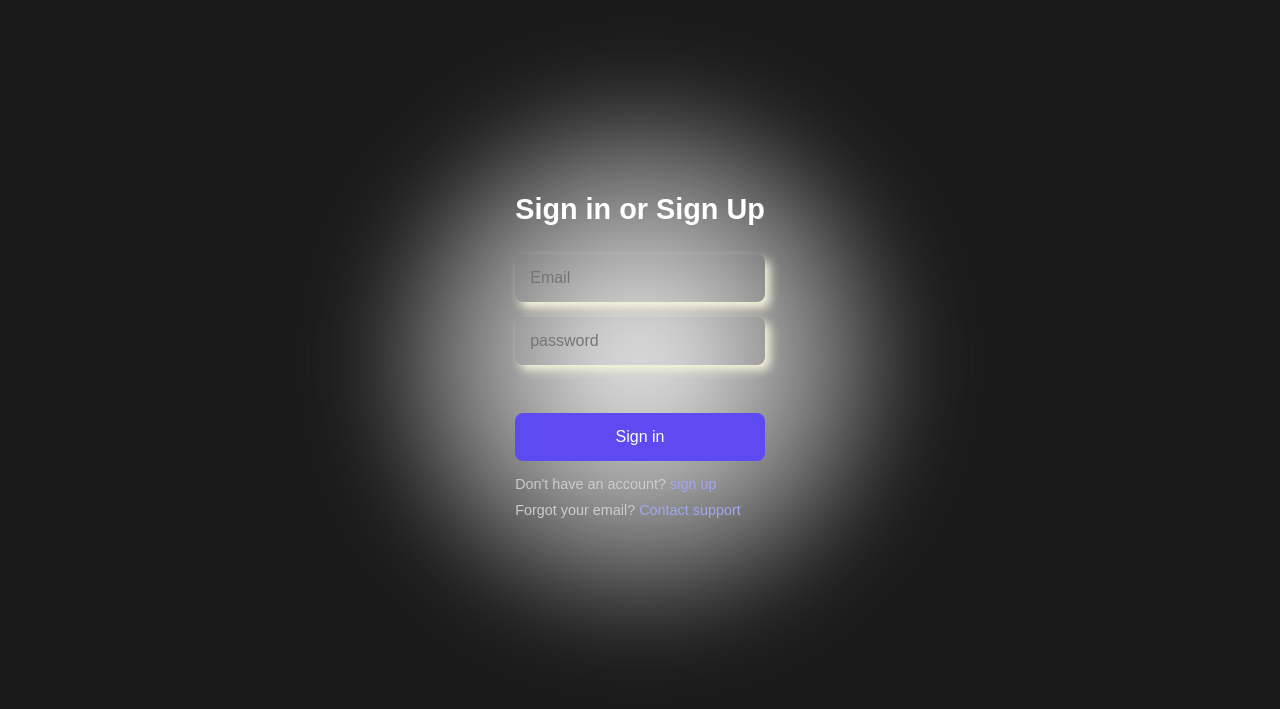
Repository: cmd-keyu/mobileppsh
Page: pages/login.html
An editor plug-in stored every save of this project. The page is shown before and after a run of saves, followed by the edit.
The browser window is 1280 px wide. The pictures show the whole page.

Above is the page before, as saved 2024-11-12 12:22:53.

### pages/login.html
<!DOCTYPE html>
<html lang="en">
<head>
  <meta charset="UTF-8">
  <meta name="viewport" content="width=device-width, initial-scale=1.0">
  <title>Sign In Form</title>
  <link rel="stylesheet" href="../css/login.css">
  <script src="../javascript/login.js" defer></script>
</head>
<body>
  <div class="container">
    <div class="glow-box">
      <h2 style="color: white;">Sign in or Sign Up</h2>
      <br>
      <!-- <p>All that is required is only your email for sign-up or sign-in!!</p> -->
      <form action="account.html">
        <div class="sign-up">
            <input type="text" placeholder="name" class="disabled-btn hi">
            <br>
            <br>
            <input type="text" placeholder="address (Optional)" class="hi">
            <br>
            </div>
        <input type="email" placeholder="Email" required class="hi">
        <input type="password" placeholder="password" required class="hi">
        <br>
        <button type="submit" class="sign-in-btn-hide">Sign in</button>
        <button type="submit" class="sign-up-btn-hide">Sign up</button>
      </form>
      <div class="support">
        <p class="sign-up-text-hide">Don't have an account? <label for="sign-up-btn" class="colorsnup">sign up</label><button class="sign-up-btn hide-btn2" id="sign-up-btn">sign up</button></p>
        <p class="sign-in-text-hide">Already have an account? <label for="sign-in-btn" class="colorsnup">sign in</label><button class="sign-in-btn hide-btn2" id="sign-in-btn">sign in</button></p>
        <p>Forgot your email? <a href="#">Contact support</a></p>
      </div>
    </div>
  </div>
</body>
</html>

### css/login.css
* {
    margin: 0;
    padding: 0;
    box-sizing: border-box;
    font-family: Arial, sans-serif;
  }

  body {
    display: flex;
    justify-content: center;
    align-items: center;
    height: 100vh;
    background-color: #1a1a1a;
  }

  .container {
    display: flex;
    justify-content: center;
    align-items: center;
    height: 100%;
  }

  .glow-box::before {
    content: '';
    position: absolute;
    top: 50%;
    left: 50%;
    width: 500px;
    height: 500px;
    background: radial-gradient(circle, white, black);
    transform: translate(-50%, -50%);
    z-index: -1;
    border-radius: 50%;
    filter: blur(50px);
  }

  h2 {
    font-size: 1.8em;
    margin-bottom: 10px;
  }
  label:hover{

    text-decoration: underline;

  }

  p {
    margin-bottom: 10px;
    font-size: 0.9em;
    color: #ccc;
  }

  form {
    display: flex;
    flex-direction: column;
    gap: 15px;
  }

  input[type="email"] {
    padding: 15px;
    font-size: 1em;
    border: none;
    border-radius: 8px;
    outline: none;
    width: 100%;
     box-shadow: 5px 6px 10px beige;
     color: wheat;

  }
  input[type="password"] {
    padding: 15px;
    font-size: 1em;
    border: none;
    border-radius: 8px;
    outline: none;
    width: 100%;
     box-shadow: 5px 5px 10px beige;

  }

  input[type="text"] {
    padding: 15px;
    font-size: 1em;
    border: none;
    border-radius: 8px;
    outline: none;
    width: 100%;
     box-shadow: 9px 9px 10px beige;

  }

  button {
    padding: 15px;
    font-size: 1em;
    background-color: #5e4af1;
    color: #fff;
    border: none;
    border-radius: 8px;
    cursor: pointer;
    transition: background 0.3s;
  }

  button:hover {
    background-color: #4a3bdb;
  }

  .support {
    margin-top: 15px;
  }

  .support a {
    color: #a1a7f1;
    text-decoration: none;
  }

  .support a:hover {
    text-decoration: underline;
  }

  .sign-up{
    display: none;
  }

  .colorsnup{
    color: #a1a7f1;
  }

  .sign-up-btn-hide{
    display: none;
  }

  .hide-btn2{
    display: none;
  }

  .sign-in-text-hide{
    display: none;
  }
  .hi{
    /* border: none; */
    background-color: inherit;
    border-bottom: solid beige 1px;
    box-shadow: 9px 9px 10px beige;
  }

### javascript/login.js

const sign_up = document.querySelector('.sign-up')
const sign_up_btn = document.querySelector('.sign-up-btn')
const sign_in_btn = document.querySelector('.sign-in-btn')
const sign_in_btn_hide = document.querySelector('.sign-in-btn-hide')
const sign_up_btn_hide = document.querySelector('.sign-up-btn-hide')
const sign_in_text_hide = document.querySelector('.sign-in-text-hide')
const sign_up_text_hide = document.querySelector('.sign-up-text-hide')
const disabled_btn = document.querySelector('.disabled-btn')

sign_up_btn.addEventListener("click", () => {

  sign_up.style.display = 'block'
  sign_in_btn_hide.style.display = 'none'
  sign_up_btn_hide.style.display = 'block'
  sign_in_text_hide.style.display = 'block'
  sign_up_text_hide.style.display = 'none'
  disabled_btn.setAttribute('required', true)

})

sign_in_btn.addEventListener("click", () => {

  sign_up.style.display = 'none'
  sign_in_btn_hide.style.display = 'block'
  sign_up_btn_hide.style.display = 'none'
  sign_in_text_hide.style.display = 'none'
  sign_up_text_hide.style.display = 'block'
  disabled_btn.setAttribute('required', false)

})

After the next 3 saves:
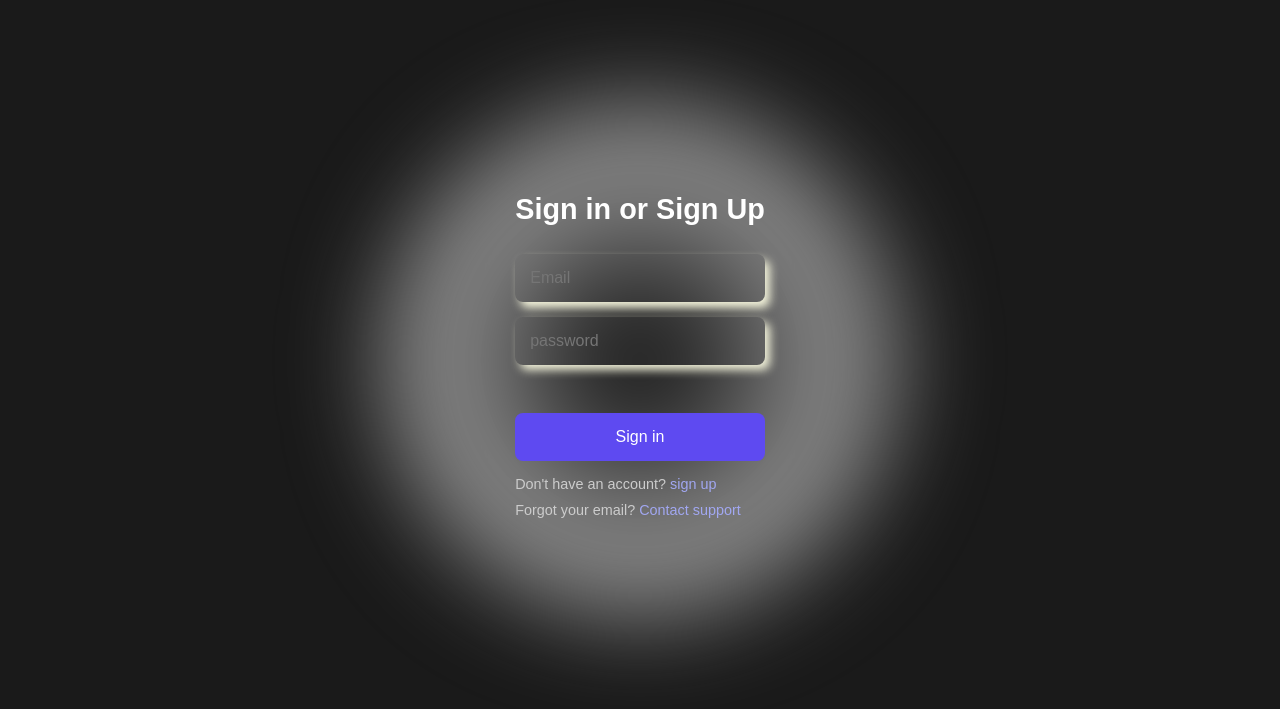
The 3 saves are shown as one change because they came seconds apart.
The last was saved 72 s later.
--- a/css/login.css
+++ b/css/login.css
@@ -27,7 +27,7 @@
     left: 50%;
     width: 500px;
     height: 500px;
-    background: radial-gradient(circle, white, black);
+    background: radial-gradient(circle, black, white);
     transform: translate(-50%, -50%);
     z-index: -1;
     border-radius: 50%;

After the save that followed:
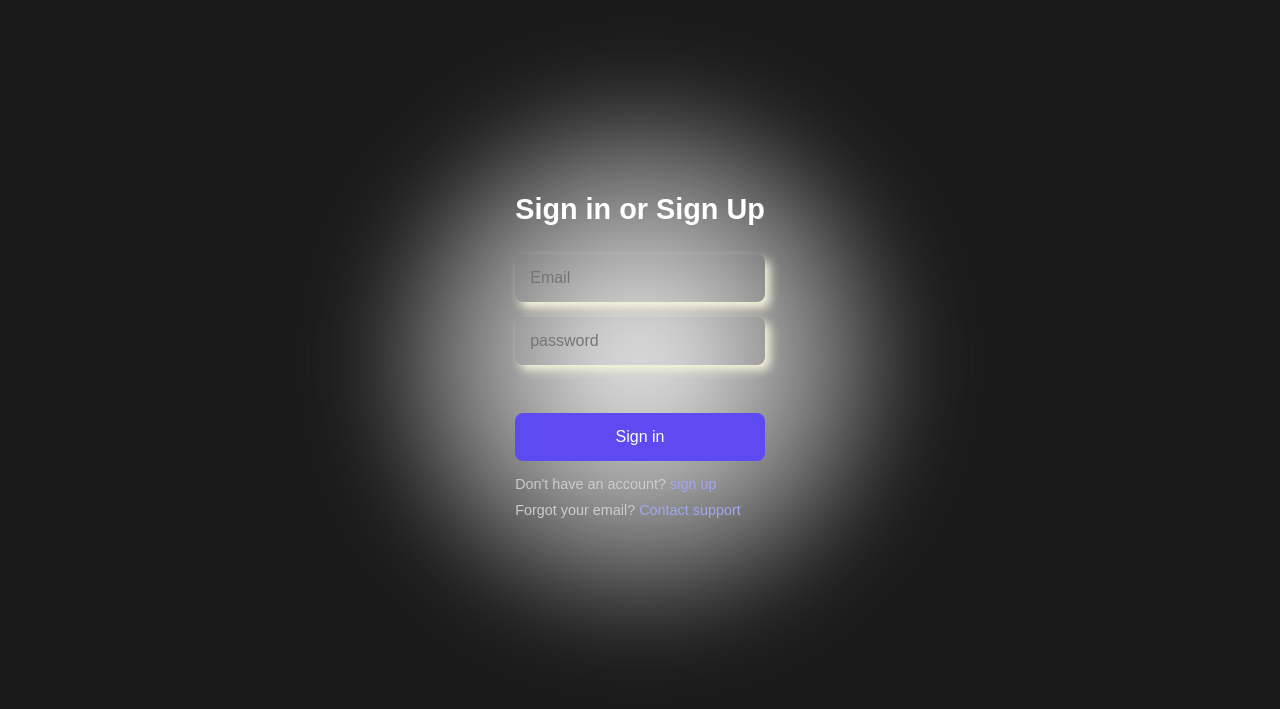
Saved 17 s later.
--- a/css/login.css
+++ b/css/login.css
@@ -27,7 +27,7 @@
     left: 50%;
     width: 500px;
     height: 500px;
-    background: radial-gradient(circle, black, white);
+    background: radial-gradient(circle, white, black);
     transform: translate(-50%, -50%);
     z-index: -1;
     border-radius: 50%;
